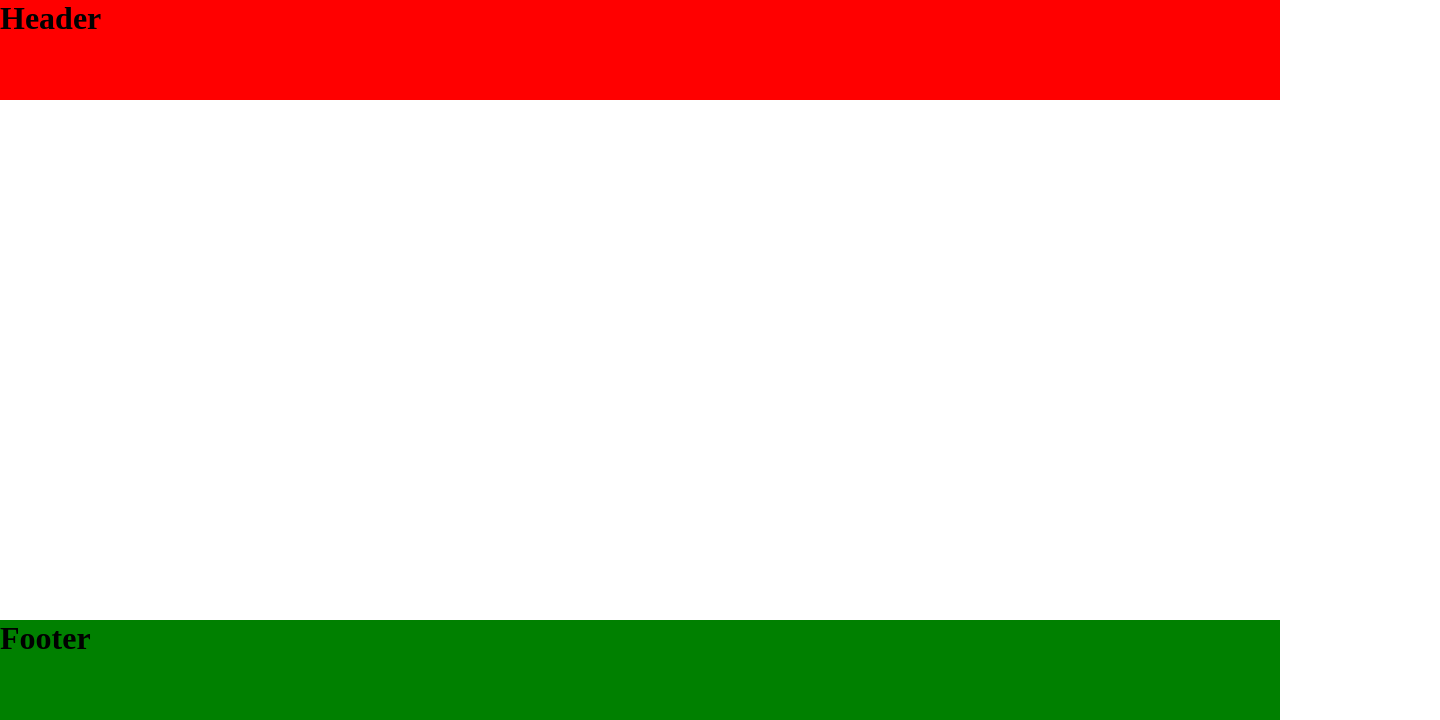
Repository: jameswilky/chess
Page: index.html
These files come from the project's save history. The page is drawn as it stood at one moment and after a run of saves; the edit follows.
The browser window is 1280 px wide. The page is 1280 px wide, then 1440 px, so the pictures cover 1440 px, including what lies to the right of the window. The pictures show the whole page.

Above is the page before, as saved 2018-11-22 08:31:09.

### index.html
<!DOCTYPE html>
<html>

<head>
    <meta charset="utf-8" />
    <title>Chess</title>
    <link href="style.css" rel="stylesheet">
</head>

<body>

    <div class="wrapper">
        <header>
            <h1>Header</h1>

        </header>
    </div>
    <div class="main">
        <div class="game">
            <canvas id="board"></canvas>
            <canvas id="markers"></canvas>
            <canvas id="chessmen_layer"></canvas>
        </div>
    </div>
    <footer>
        <h1>Footer</h1>
    </footer>
    </div>





</body>

<script src="board.js"></script>
<script src="chessmen.js"></script>
<script src="mouse.js"></script>
<script src="game.js"></script>

</html>

### style.css
* {
  padding: 0;
  margin: 0;
}

.main{
 position: absolute;
 top: 100px;
 bottom: 100px;
 overflow:scroll;
}

.game{
  position: absolute;
  height: 480px;
  width: 480px;
}

#board {
  left : 0; z-index:0; position: absolute;
}

#markers {
  left : 0; z-index:0; position: absolute;
}

#chessmen_layer {
 left : 0; z-index:1; position: absolute;
}

header{
  position: absolute;
  background-color: red;
  top:0;
  right: 0;
  left: 0;
  height: 100px;
}

footer{
  position: absolute;
  z-index: 3;
  right: 0;
  left: 0;
  background-color: green;
  height: 100px;
  bottom: 0;
}

### board.js
//Define globals
const WIDTH = 480;
const HEIGHT = 480;
const N = 8;
const TILE_SIZE = HEIGHT / N; // 60

//Define board canvas
const board = document.getElementById("board");
const board_ctx = board.getContext("2d");
board.height = HEIGHT;
board.width = WIDTH;
let primary_color = "#a87e2b";
let secondary_color = "#ffdf9e";

//Define marker layer
const markers = document.getElementById("markers");
const markers_ctx = markers.getContext("2d");
markers.height = HEIGHT;
markers.width = WIDTH;

//Define chessmen layer
const chessmen_layer = document.getElementById("chessmen_layer");
const chessmen_ctx = chessmen_layer.getContext("2d");
chessmen_layer.height = HEIGHT;
chessmen_layer.width = WIDTH;

//Used for drawing
function drawRect(ctx, x, y, color) {
  ctx.beginPath();
  ctx.rect(x, y, TILE_SIZE, TILE_SIZE);
  ctx.fillStyle = color;
  ctx.fill();
  ctx.closePath();
}

function initialize_board() {
  // Initialize graphical and logical board
  let i, j, x, y = 0;
  let prev_color;
  for (i = 0; i < N; i++) {
    y = TILE_SIZE * i;
    if (i % 2 == 0) { //If even, start with a black grid
      prev_color = secondary_color;
    }
    else { //If odd, start with a #ffcf7c grid
      prev_color = primary_color;
    }
    for (j = 0; j < N; j++) {
      x = TILE_SIZE * j;

      if (prev_color == primary_color) { //If last block black, make this block #ffcf7c
        prev_color = secondary_color;
      }
      else if (prev_color == secondary_color) { //If last block #ffcf7c, make this block black
        prev_color = primary_color;
      }
      drawRect(board_ctx, x, y, prev_color);

    }
  }
}

### chessmen.js
let chessmen = []; // Hold living chest piece objects

// Populate list of current chess pieces
function init_chessmen(items) {
  for (let id = 0; id < items.length; id++) {
    chessmen[id] = new Chessman(id, items[id].type, items[id].row, items[id].col, items[id].faction);
    chessmen[id].render(chessmen_ctx);
  }
}

//Chest piece constructor
function Chessman(id, type, row, col, faction) {
  this.name = type + "_" + faction + "_" + id;
  this.id = id;
  this.type = type;
  this.position = {
    logical: { col: col, row: row },
    graphical: { //calculate position of chest piece
      x: (col * TILE_SIZE), y: (row * TILE_SIZE)
    }
  }
  this.faction = faction;
  this.sprite = "/images/" + type + "_" + faction + ".png";
  this.options = []; // holds objects containing possible locations to move
  this.render = function () {
    //Draws the chest piece
    let img = new Image();
    let x = this.position.graphical.x;
    let y = this.position.graphical.y;
    console.log(x, y)

    img.onload = function () {
      //Loads when img.src is called
      chessmen_ctx.beginPath();
      chessmen_ctx.drawImage(img, x, y);
      chessmen_ctx.closePath();
    }
    img.src = this.sprite;
  }
  this.derender = function () {
    chessmen_ctx.beginPath();
    chessmen_ctx.clearRect(this.position.graphical.x, this.position.graphical.y, TILE_SIZE, TILE_SIZE);
    chessmen_ctx.closePath();
  }
  this.calculate_movement_options = function () {
    //This function is used to determine the coordinates of each possible move for a selected tile
    this.options = []; //clear last options
    let j = 0;
    let i = 0; //used to iterate through list of options
    //console.log(type, faction, row, col)
    let r = this.position.logical.row;
    let c = this.position.logical.col;

    let options = this.options;

    function check_tile(row, col, diag, isPawn) {
      //diag is an optional variable for pawn sideways movement logic
      diag = diag || false;
      isPawn = isPawn || false;

      //Checks the status of the board to see if the chessman can move to selected tile

      let option = {}; //edited, used to hold {faction:faction}
      //Check tile does not exceed bounds of the board
      if (row > 7 || row < 0 || col > 7 || col < 0) {
        return false;
      }

      //Check if target tile contains a chessman of same faction
      let isFriendly = false;
      let isEnemy = false;

      chessmen.forEach(chessman => {
        if (chessman.position.logical.row == row && chessman.position.logical.col == col) { //Check if position is occupied
          if (chessman.faction == faction) {
            isFriendly = true;
          }
          else { //tile is occupied by enemy
            isEnemy = true;
          }
          option.contains = chessman;
        }
      })

      //pawn logic
      if (diag && isEnemy) {
        option.row = row;
        option.col = col;
        options[i] = option;
        i++;
      }
      if (diag && !isEnemy) {
        return
      }

      //if tile does not contain friendly chessmen, or if its an enemy create new option
      if (!isFriendly || isEnemy) {
        option.row = row;
        option.col = col;
        options[i] = option;
        i++;
      }
      return isFriendly || isEnemy;

    }

    if (this.type == "pawn") {
      if (this.faction == "black") {
        check_tile(r + 1, c);//south
        check_tile(r + 1, c + 1, true) // south East
        check_tile(r + 1, c - 1, true) //south West
        if (this.nMoves == 0) {
          check_tile(r + 2, c); //Extra move on first turn
        }
      }
      if (this.faction == "white") {
        check_tile(r - 1, c); //north
        check_tile(r - 1, c + 1, true) // North East
        check_tile(r - 1, c - 1, true) //North West
        if (this.nMoves == 0) {
          check_tile(r - 2, c); //Extra move on first turn
        }
      }
    }
    if (this.type == "rook") {
      for (j = 0; j < N; j++) {// South
        if (check_tile(r + j + 1, c) == true) break
      }
      for (j = 0; j < N; j++) {// East
        if (check_tile(r, c + j + 1) == true) break
      }
      for (j = 0; j < N; j++) {// North
        if (check_tile(r - j - 1, c) == true) break
      }
      for (j = 0; j < N; j++) {// West
        if (check_tile(r, c - j - 1) == true) break
      }
    }
    if (this.type == "bishop") {
      for (j = 0; j < N; j++) { // South East
        if (check_tile(r + 1 + j, c + 1 + j) == true) break
      }
      for (j = 0; j < N; j++) { // South West
        if (check_tile(r + 1 + j, c - 1 - j) == true) break
      }
      for (j = 0; j < N; j++) { // North East
        if (check_tile(r - 1 - j, c + 1 + j) == true) break
      }
      for (j = 0; j < N; j++) { // North west
        if (check_tile(r - 1 - j, c - 1 - j) == true) break
      }
    }
    if (this.type == "queen") {
      for (j = 0; j < N; j++) { // South East
        if (check_tile(r + 1 + j, c + 1 + j) == true) break
      }
      for (j = 0; j < N; j++) { // South West
        if (check_tile(r + 1 + j, c - 1 - j) == true) break
      }
      for (j = 0; j < N; j++) { // North East
        if (check_tile(r - 1 - j, c + 1 + j) == true) break
      }
      for (j = 0; j < N; j++) { // North west
        if (check_tile(r - 1 - j, c - 1 - j) == true) break
      }
      for (j = 0; j < N; j++) {// South
        if (check_tile(r + j + 1, c) == true) break
      }
      for (j = 0; j < N; j++) {// East
        if (check_tile(r, c + j + 1) == true) break
      }
      for (j = 0; j < N; j++) {// North
        if (check_tile(r - j - 1, c) == true) break
      }
      for (j = 0; j < N; j++) {// West
        if (check_tile(r, c - j - 1) == true) break
      }
    }
    if (this.type == "king") {
      check_tile(r + 1, c + 1) //South East
      check_tile(r + 1, c - 1) //South West
      check_tile(r - 1, c + 1) // North East
      check_tile(r - 1, c - 1) //North West
      check_tile(r + 1, c) //south
      check_tile(r, c + 1) //east
      check_tile(r - 1, c) //north
      check_tile(r, c - 1) //west

    }
    if (this.type == "knight") {
      // Check each tile in clockwise order
      check_tile(r - 2, c + 1)
      check_tile(r - 1, c + 2)
      check_tile(r + 1, c + 2)
      check_tile(r + 2, c + 1)
      check_tile(r + 2, c - 1)
      check_tile(r + 1, c - 2)
      check_tile(r - 1, c - 2)
      check_tile(r - 2, c - 1)
    }

    //return array of options containing locations to highlight

  }
  this.show_movement_options = function () {
    this.options.forEach(option => {
      //Represent each available movement option with a highlighted tile
      drawRect(markers_ctx, (option.col * TILE_SIZE), (option.row * TILE_SIZE), "#635e55");
    })
  }
  this.hover = false;
  this.isKing = false;
  if (this.type == "king") {
    this.isKing = true;
  }

  this.nMoves = 0;
  this.points;
  if (this.type == "king") {
    this.points = 10;
  }
  if (this.type == "queen") {
    this.points = 9;
  }
  if (this.type == "bishop") {
    this.points = 3;
  }
  if (this.type == "knight") {
    this.points = 3;
  }
  if (this.type == "rook") {
    this.points = 5;
  }
  if (this.type == "pawn") {
    this.points = 1;
  }

  //Update graphical and logical position
  this.moveTo = function (col, row) {


    function moveIsValid(r1, r2, c1, c2, options) {
      let valid = false;

      if ((r1 == r2) && (c1 == c2)) {
        // if logical position is the same, no move was made
        valid = false;
      }
      options.forEach(option => {
        if (option.row == r2 && option.col == c2) {
          //todo check faction
          valid = true;
        }
      })
      return valid
    }

    if (moveIsValid(this.position.logical.row, row, this.position.logical.col, col, this.options)) {
      //If valid, Check if enemy chessman has been killed
      //check if desination contains an enemy
      let target = chessmen.find(chessman => {
        return (chessman.position.logical.row == row && chessman.position.logical.col == col)
      })

      // then render at new position and update logical position
      //console.log("Changed position of", chessman, "from row:", chessman.position.logical.row, " col:", chessman.position.logical.col, " to row:", row, "col:", col)

      this.derender(); //De render previous position
      this.position.logical.col = col;
      this.position.logical.row = row;
      this.position.graphical.x = this.position.logical.col * TILE_SIZE;
      this.position.graphical.y = this.position.logical.row * TILE_SIZE;
      this.derender(); //remove any chess pieces
      this.render();

      //If destination contains emeny, remove it from list of active chessmen
      if (target) {
        chessmen.splice(chessmen.indexOf(target), 1);
      }

      this.nMoves++; //used to testing if pawn is moved
      // // trigger movement event
      let event = new CustomEvent('moved');
      document.dispatchEvent(event);
    }
    else {
      //re-render original position
      this.render();
    }
  }
}

// Update location of chest pieces
function render_markers() {
  //Clear all markers
  markers_ctx.clearRect(0, 0, HEIGHT, WIDTH);

  //find chessman that matches mouse location and show movement markers
  chessmen.forEach(chessman => {
    if (chessman.hover == true) {
      chessman.show_movement_options();
    }
  });


}

### mouse.js
let dragging = false;
let selector = document.createElement("img");
;

selector.ondragstart = function () {
  return false;
};

//Compare two row/col coordinates
function coordsMatch(coord, piece) {
  let xmin = piece.x;
  let xmax = piece.x + TILE_SIZE;

  let ymin = piece.y;
  let ymax = piece.y + TILE_SIZE;

  if (
    (coord.x >= xmin) &&
    (coord.x < xmax) &&
    (coord.y >= ymin) &&
    (coord.y < ymax)
  ) {
    return true
  }
}

//Listen for when we hover over a chest piece, then draw the movement options
chessmen_layer.addEventListener('mousemove', (e) => {
  if (dragging == false) {
    let pos = {
      x: e.clientX,
      y: e.clientY
    };
    //Check all chessmen and check if clicked location matches a chessman location
    chessmen.forEach(chessman => {
      if (coordsMatch(pos, chessman.position.graphical)) {
        //If true, select that chessman
        chessman.hover = true;
      }
      else {
        //Otherwise, that chessman was not selected
        chessman.hover = false;
      }
    })
    render_markers();
  }
})

//Click and drag chessmen
chessmen_layer.addEventListener('mousedown', (e) => {

  dragging = true; //stop markers rendering while dragging pieces
  let pos = {
    x: e.clientX,
    y: e.clientY
  }
  //Check all chessmen and check if clicked location matches a chessman location
  chessmen.forEach(chessman => {
    if (coordsMatch(pos, chessman.position.graphical)) {
      if (chessman.faction == "black") {
        dragging = false;
        return
      }
      //If true, derender chessman from chessman_layer, and redraw on selector layer
      chessman.derender();

      //draw selector
      selector.style.position = 'absolute';
      selector.src = chessman.sprite;
      selector.id = 'selector';
      document.body.append(selector);

      //center selector at mouse locaiton
      moveAt(pos.x, pos.y);

      function moveAt(x, y) {
        selector.style.left = x - TILE_SIZE / 2 + 'px';
        selector.style.top = y - TILE_SIZE / 2 + 'px';
      }

      function onMouseMove(moveEvent) {
        moveAt(moveEvent.clientX, moveEvent.clientY);
      }

      // selector will follow mouse on movement
      document.addEventListener('mousemove', onMouseMove);


      // drop the selector, remove unneeded handlers
      chessmen_layer.onmouseup = function (upevent) {
        document.removeEventListener('mousemove', onMouseMove);

        //clear selector
        selector.src = ""
        // console.log("before", document.getElementById('selector'))
        // document.body.removeChild(document.getElementById('selector'))
        // console.log("after", document.getElementById('selector'))

        //convert mouse pos to a row/col logical value
        let dest = {
          x: Math.trunc(upevent.clientX / TILE_SIZE),
          y: Math.trunc(upevent.clientY / TILE_SIZE)
        }

        //console.log("Event 1")
        dragging = false; // allow marker rendering to continue
        chessmen_layer.onmouseup = null;
        //Update chessman logical location and snap to grid
        chessman.moveTo(dest.x, dest.y)
      };
    }
  })
})

### game.js
//Initialize default locations
let default_locations = [
  { tile: 0, type: "rook", row: 0, col: 0, faction: "black" },
  { tile: 1, type: "knight", row: 0, col: 1, faction: "black" },
  { tile: 2, type: "bishop", row: 0, col: 2, faction: "black" },
  { tile: 3, type: "king", row: 0, col: 3, faction: "black" },
  { tile: 4, type: "queen", row: 0, col: 4, faction: "black" },
  { tile: 5, type: "bishop", row: 0, col: 5, faction: "black" },
  { tile: 6, type: "knight", row: 0, col: 6, faction: "black" },
  { tile: 7, type: "rook", row: 0, col: 7, faction: "black" },
  { tile: 8, type: "pawn", row: 1, col: 0, faction: "black" },
  { tile: 9, type: "pawn", row: 1, col: 1, faction: "black" },
  { tile: 10, type: "pawn", row: 1, col: 2, faction: "black" },
  { tile: 11, type: "pawn", row: 1, col: 3, faction: "black" },
  { tile: 12, type: "pawn", row: 1, col: 4, faction: "black" },
  { tile: 13, type: "pawn", row: 1, col: 5, faction: "black" },
  { tile: 14, type: "pawn", row: 1, col: 6, faction: "black" },
  { tile: 15, type: "pawn", row: 1, col: 7, faction: "black" },

  { tile: 48, type: "pawn", row: 6, col: 0, faction: "white" },
  { tile: 49, type: "pawn", row: 6, col: 1, faction: "white" },
  { tile: 50, type: "pawn", row: 6, col: 2, faction: "white" },
  { tile: 51, type: "pawn", row: 6, col: 3, faction: "white" },
  { tile: 52, type: "pawn", row: 6, col: 4, faction: "white" },
  { tile: 53, type: "pawn", row: 6, col: 5, faction: "white" },
  { tile: 54, type: "pawn", row: 6, col: 6, faction: "white" },
  { tile: 55, type: "pawn", row: 6, col: 7, faction: "white" },
  { tile: 56, type: "rook", row: 7, col: 0, faction: "white" },
  { tile: 57, type: "knight", row: 7, col: 1, faction: "white" },
  { tile: 58, type: "bishop", row: 7, col: 2, faction: "white" },
  { tile: 59, type: "king", row: 7, col: 3, faction: "white" },
  { tile: 60, type: "queen", row: 7, col: 4, faction: "white" },
  { tile: 61, type: "bishop", row: 7, col: 5, faction: "white" },
  { tile: 62, type: "knight", row: 7, col: 6, faction: "white" },
  { tile: 63, type: "rook", row: 7, col: 7, faction: "white" },

]

let turn = 0;
let IsWhiteTurn = false;
let IsBlackTurn = false;
let game = true;
let AIOptions = [];


function set_turn() {
  if (turn % 2 == 0) {
    IsWhiteTurn = true;
    IsBlackTurn = false;
    //console.log("White players turn")
  }
  else {
    IsBlackTurn = true;
    IsWhiteTurn = false;
    //console.log("Black players turn")
  }
  turn += 1;
}

function determineAIOptions() {
  let AIOptions = [];
  let i = 0;
  chessmen.forEach(chessman => {
    if (chessman.faction == 'black') {
      chessman.options.forEach(option => {
        let AIOption = {}; //dereference object
        AIOption.row = option.row;
        AIOption.col = option.col;
        if (option.contains) {
          AIOption.points = option.contains.points;
        }
        AIOption.chessman = chessman;
        AIOptions[i] = AIOption;
        i++;
      })
    }
  })
  return AIOptions;

}

function AIMove(options) {
  let max = 0;
  let choice = {};
  options.forEach(option => {
    if (option.points) {
      if (option.points > max) {
        max = option.points;
        choice = option;
      }
    }
  })
  if (max == 0) {
    choice = options[Math.floor(Math.random() * options.length)];  //Return a random choice
  }
  choice.chessman.moveTo(choice.col, choice.row)
  //calculate AI
}


//Set up board
initialize_board();
init_chessmen(default_locations);
chessmen.forEach(chessman => {
  chessman.calculate_movement_options();
})
set_turn();
function checkKing() {
  let kings = chessmen.filter(chessman => chessman.isKing == true)
  if (kings.length == 1) {
    alert(kings[0].faction + " Wins!!!")
  }
}

// Listen for movement
document.addEventListener('moved', function (event) {
  //check if king died last turn;
  checkKing();
  set_turn();
  //Calculate new movement positiifons
  chessmen.forEach(chessman => {
    chessman.calculate_movement_options();
  })

  if (IsBlackTurn) {
    //Run black turn AI
    chessmen.forEach(chessman => {
      chessman.calculate_movement_options(); //assign new options
    })
    AIOptions = determineAIOptions();
    AIMove(AIOptions);
  }
}, false);

After the next 2 saves:
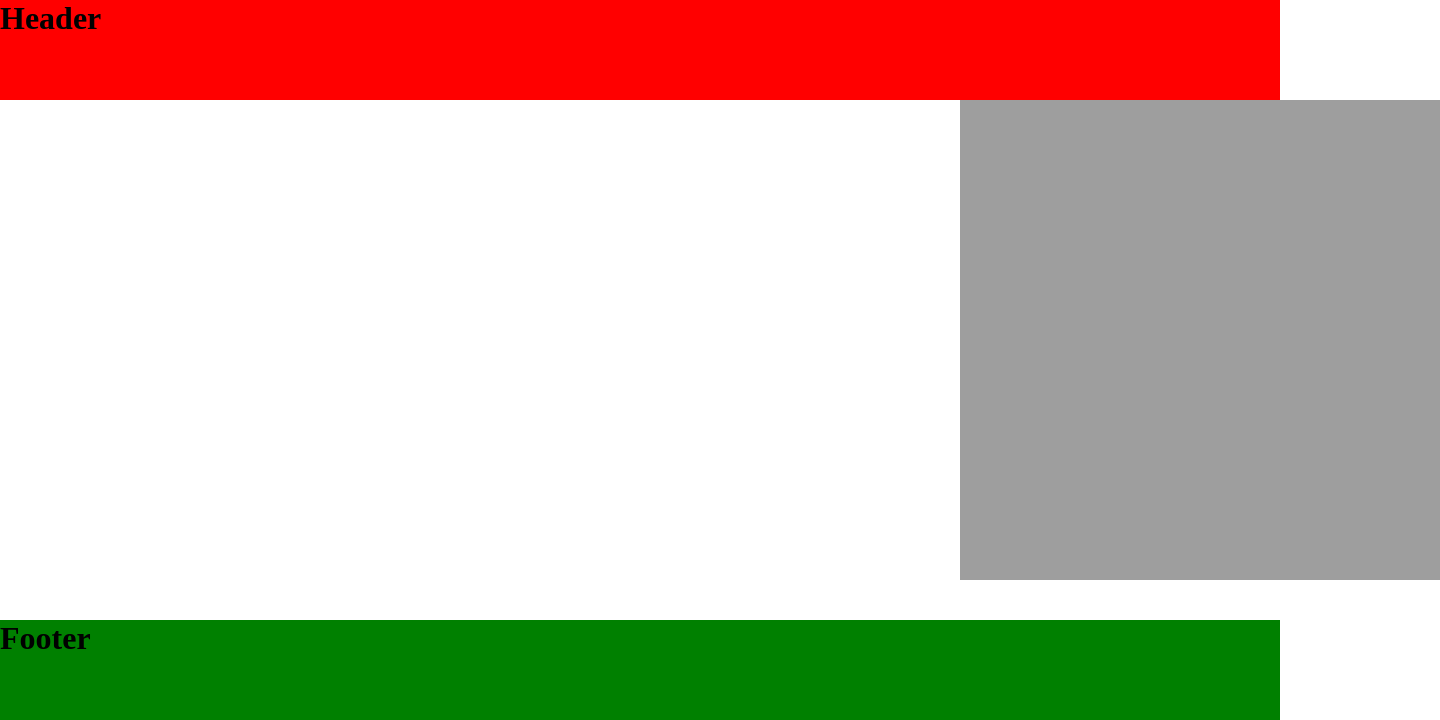
The 2 saves are shown as one change because they came seconds apart.
The last was saved 14 s later.
--- a/style.css
+++ b/style.css
@@ -7,7 +7,7 @@
  position: absolute;
  top: 100px;
  bottom: 100px;
- overflow:scroll;
+ right: 25%;
 }
 
 .game{
